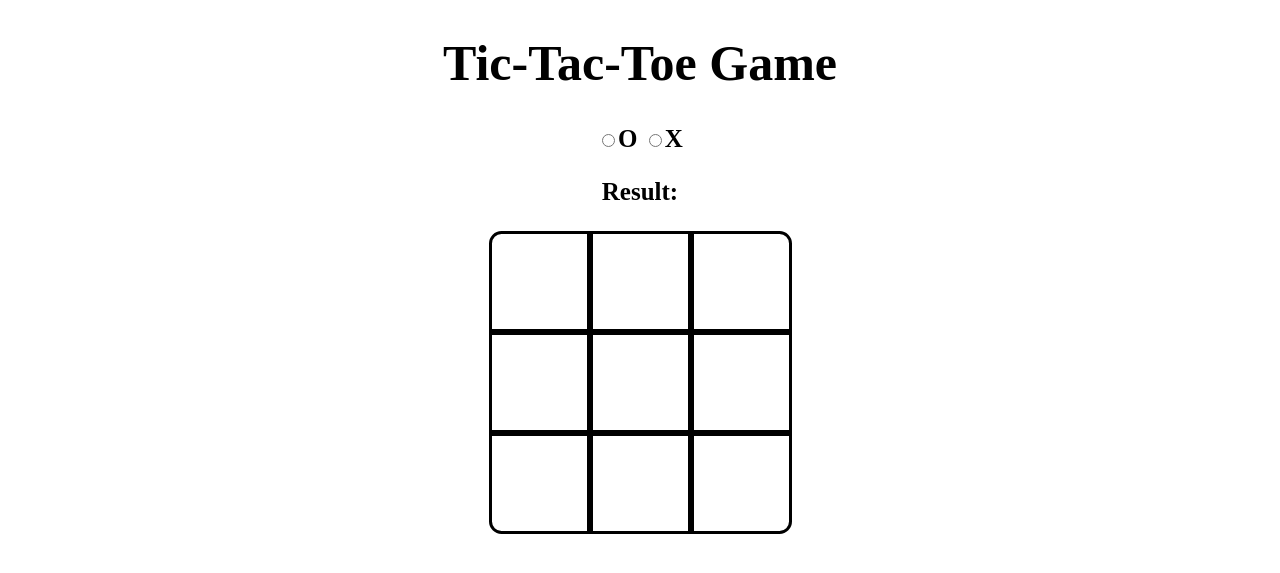
Repository: 0101chaitanya/Tic-Tac-Toe
Page: index.html
An editor plug-in stored every save of this project. The page is shown before and after the next save, followed by the edit.
The browser window is 1280 px wide. The pictures show the whole page.

Above is the page before, as saved 2021-06-10 13:02:36.

After the next save:
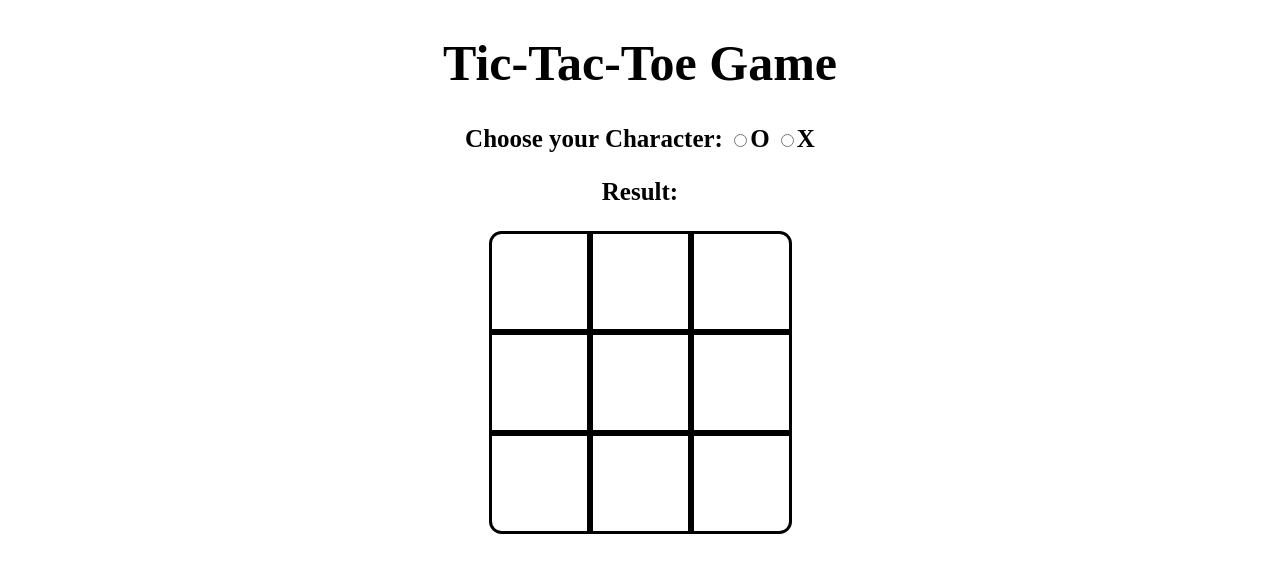
Saved 26 s later.
--- a/index.html
+++ b/index.html
@@ -9,7 +9,7 @@
 
 <body>
     <h1 id="heading">Tic-Tac-Toe Game</h1>
-    <label for='radio'>
+    <label for='radio'>Choose your Character:
         <input id="oinput" name="radio" type="radio">O</input>
         <input id='xinput' name="radio" type="radio">X</input>
 
